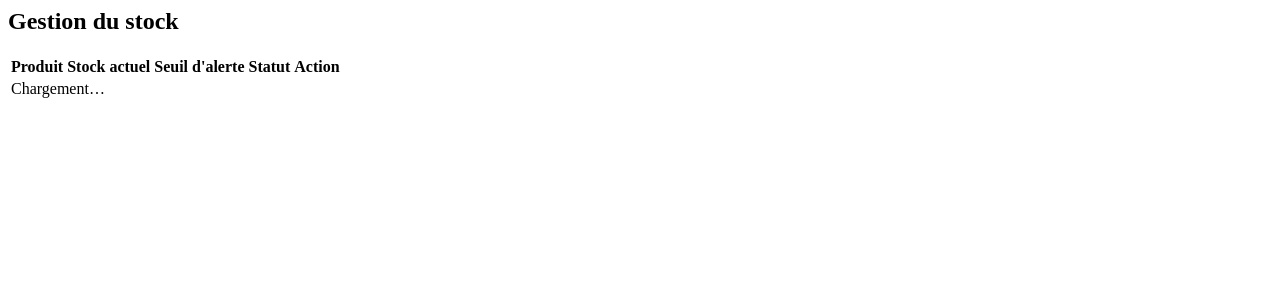
Repository: amosndayikeza-dev/Reviewa
Page: public/assets/html/manager/stock-content.html
These files come from the project's save history. The page is drawn as it stood at one moment and after the next save; the edit follows.
The browser window is 1280 px wide. The pictures show the whole page.

Above is the page before, as saved 2026-06-01 16:10:00.

### public/assets/html/manager/stock-content.html
<div class="stock-container">
    <h2>Gestion du stock</h2>
    <div class="table-responsive">
        <table class="tft-table" id="stock-table">
            <thead>
                <tr>
                    <th>Produit</th>
                    <th>Stock actuel</th>
                    <th>Seuil d'alerte</th>
                    <th>Statut</th>
                    <th>Action</th>
                </tr>
            </thead>
            <tbody id="stock-table-body">
                <tr><td colspan="5" class="mgr-empty-hint">Chargement…</div></td>
            </tbody>
        </table>
    </div>
    <div class="tft-pagination" id="stock-pagination"></div>
</div>

After the next save:
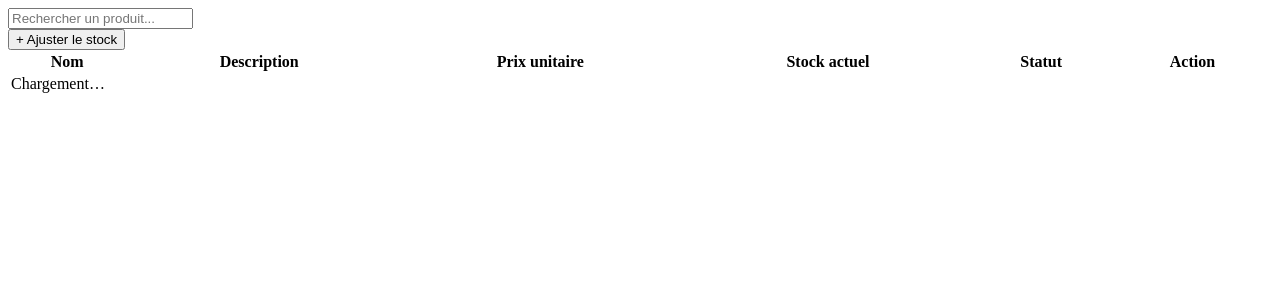
Saved 2 min 29 s later.
--- a/public/assets/html/manager/stock-content.html
+++ b/public/assets/html/manager/stock-content.html
@@ -1,20 +1,25 @@
 <div class="stock-container">
-    <h2>Gestion du stock</h2>
-    <div class="table-responsive">
-        <table class="tft-table" id="stock-table">
+    <div class="mgr-toolbar">
+        <div class="tft-form-group">
+            <input type="text" id="stock-search" placeholder="Rechercher un produit..." class="tft-form-control">
+        </div>
+        <button class="tft-btn tft-bg-greensav" id="adjust-stock-btn">+ Ajuster le stock</button>
+    </div>
+    <div class="mgr-card">
+        <table class="tft-table" style="width:100%">
             <thead>
                 <tr>
-                    <th>Produit</th>
+                    <th>Nom</th>
+                    <th>Description</th>
+                    <th>Prix unitaire</th>
                     <th>Stock actuel</th>
-                    <th>Seuil d'alerte</th>
                     <th>Statut</th>
                     <th>Action</th>
                 </tr>
             </thead>
-            <tbody id="stock-table-body">
-                <tr><td colspan="5" class="mgr-empty-hint">Chargement…</div></td>
+            <tbody id="stock-state-body">
+                <tr><td colspan="6" class="mgr-empty-hint">Chargement…</div></td>
             </tbody>
         </table>
     </div>
-    <div class="tft-pagination" id="stock-pagination"></div>
 </div>
